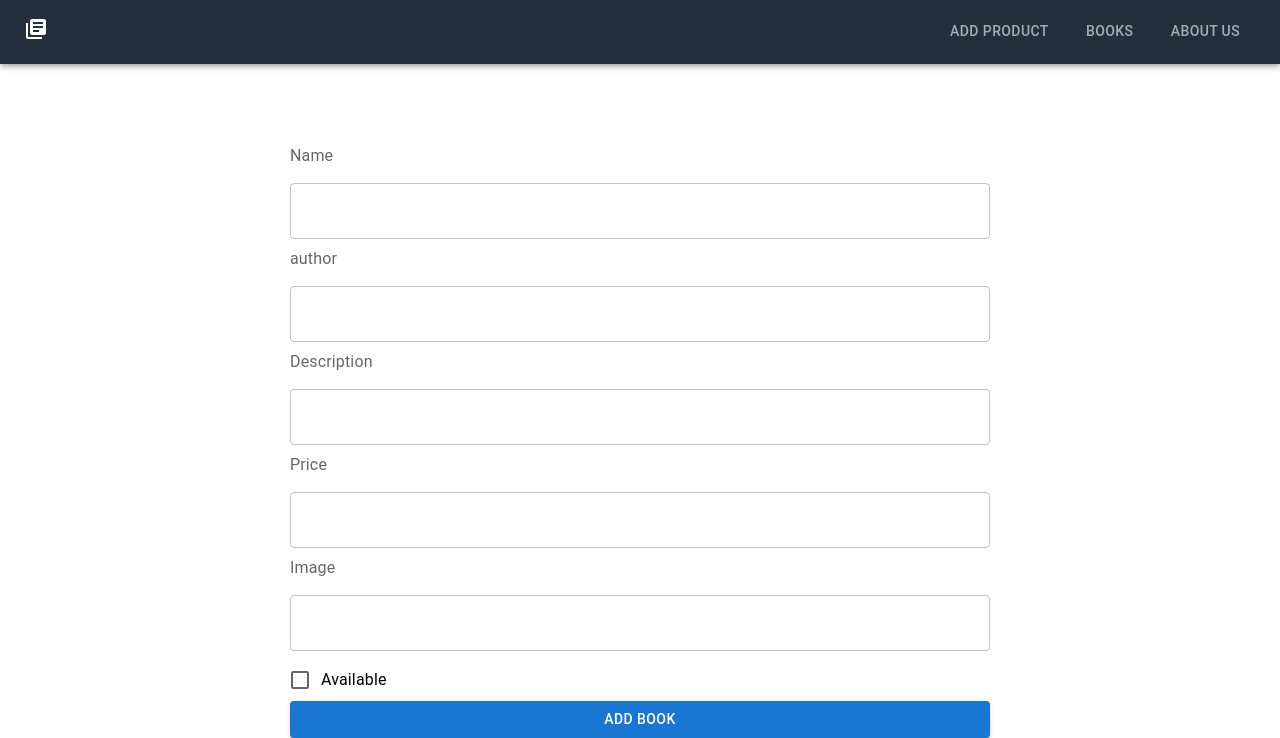
Repository: CydexCode/Book_Store_App-MERN-Stack
Page: /add (app in book-store/)
The author's editor kept a copy of each file at every save. The page is drawn from the files as they stood at one save, then again after the next save.
The browser window is 1280 px wide. The pictures show the whole page.
The project was rebuilt for these pictures with package versions that can differ from the ones it lists, and the page was loaded fresh each time. Also part of the build but not shown: book-store/src/components/Home.js, book-store/src/components/Book/Book.css, book-store/src/components/Book/Book.js, book-store/src/components/Book/Books.js, book-store/src/components/About.js.

Above is the page before, as saved 2022-09-08 14:05:43.

After the next save:
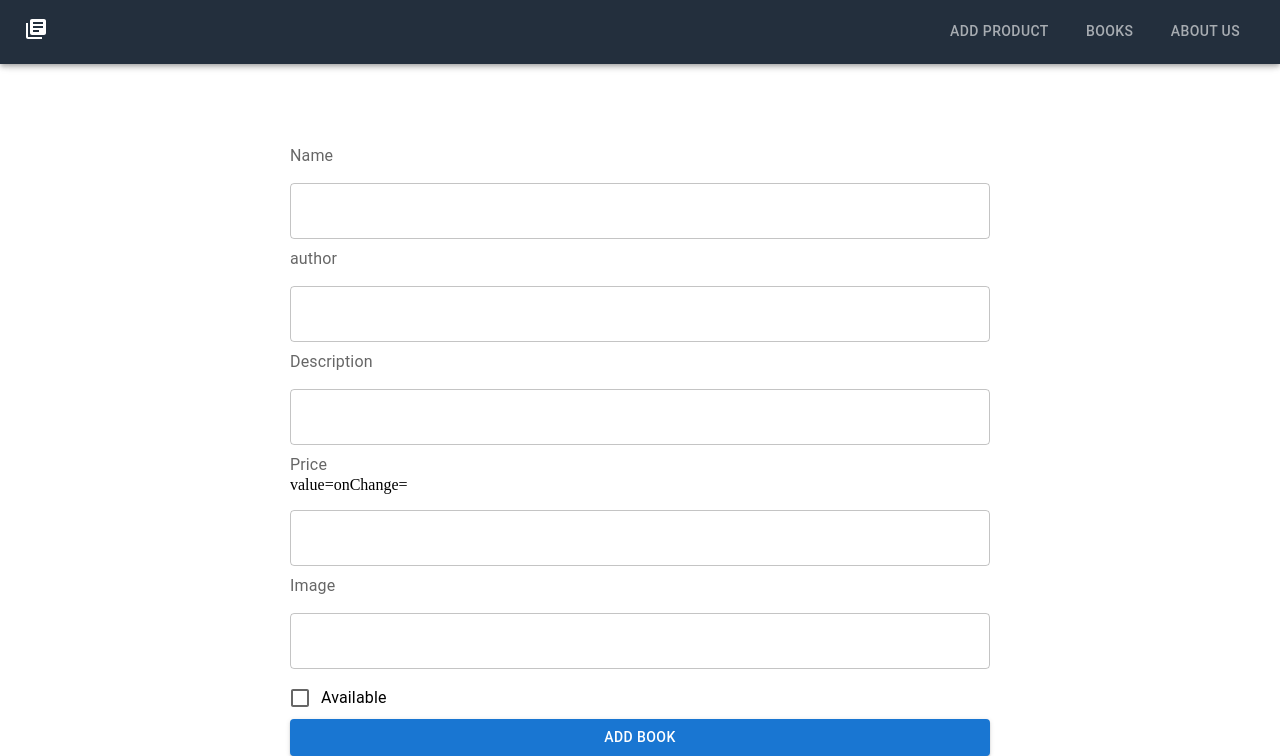
Saved 14 min 29 s later.
--- a/book-store/src/components/AddBook.js
+++ b/book-store/src/components/AddBook.js
@@ -9,25 +9,34 @@
     description: '',
     price: '',
     author: '',
-    available: '',
+    available: false,
     image: ''
 });
-
+ const handleChange = (e) => {
+    setInputs((prevState) =>({
+        ...prevState,
+        [e.target.name]: e.target.value
+    }))
+ }
   return (
 <form>
     <Box display='flex' flexDirection='column' justifyContent={'center'} maxWidth={700} alignContent={'center'} alignSelf='center' marginLeft={"auto"} marginRight='auto' marginTop={10}>
     <FormLabel>Name</FormLabel>
-<TextField margin='normal' fullWidth variant='outlined' name='name'/>
+<TextField value={inputs.name} onChange={handleChange} margin='normal' fullWidth variant='outlined' name='name'/>
 <FormLabel>author</FormLabel>
-<TextField margin='normal' fullWidth variant='outlined' name='author'/>
+<TextField value={inputs.author} onChange={handleChange} margin='normal' fullWidth variant='outlined' name='author'/>
 <FormLabel>Description</FormLabel>
 <TextField
+value={inputs.description}
+onChange={handleChange}
 margin='normal'
  fullWidth
  variant='outlined'
   name='description'
   />
 <FormLabel>Price</FormLabel>
+value={inputs.price}
+onChange={handleChange}
 <TextField
 type="number"
 margin='normal' fullWidth
@@ -36,12 +45,13 @@
 />
 <FormLabel>Image</FormLabel>
 <TextField
-
+value={inputs.image}
+onChange={handleChange}
 margin='normal' fullWidth
 variant='outlined'
 name='image'
 />
-<FormControlLabel control={<Checkbox checked={false} />} label="Available" />
+<FormControlLabel control={<Checkbox checked={inputs.available}  />} label="Available" />
 
 <Button variant='contained' type='submit'>Add Book</Button>
 

After the save that followed:
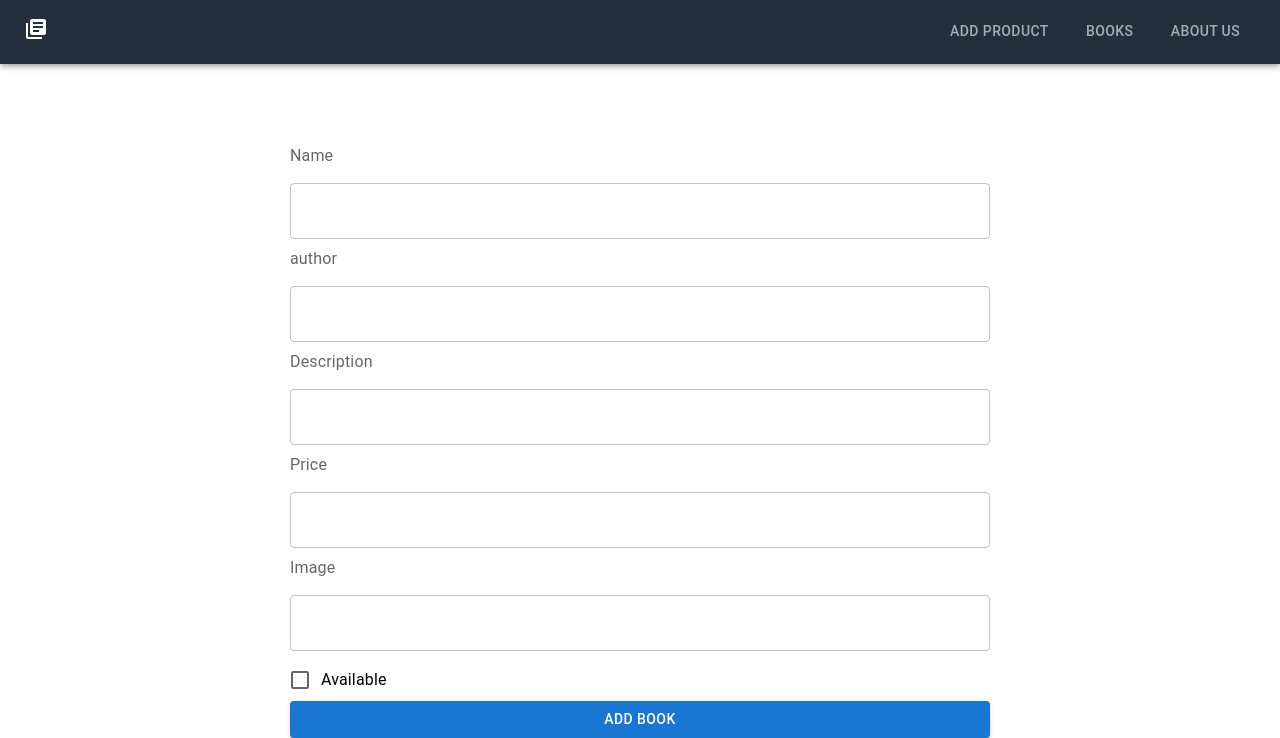
Saved 46 s later.
--- a/book-store/src/components/AddBook.js
+++ b/book-store/src/components/AddBook.js
@@ -35,9 +35,9 @@
   name='description'
   />
 <FormLabel>Price</FormLabel>
+<TextField
 value={inputs.price}
 onChange={handleChange}
-<TextField
 type="number"
 margin='normal' fullWidth
 variant='outlined'
